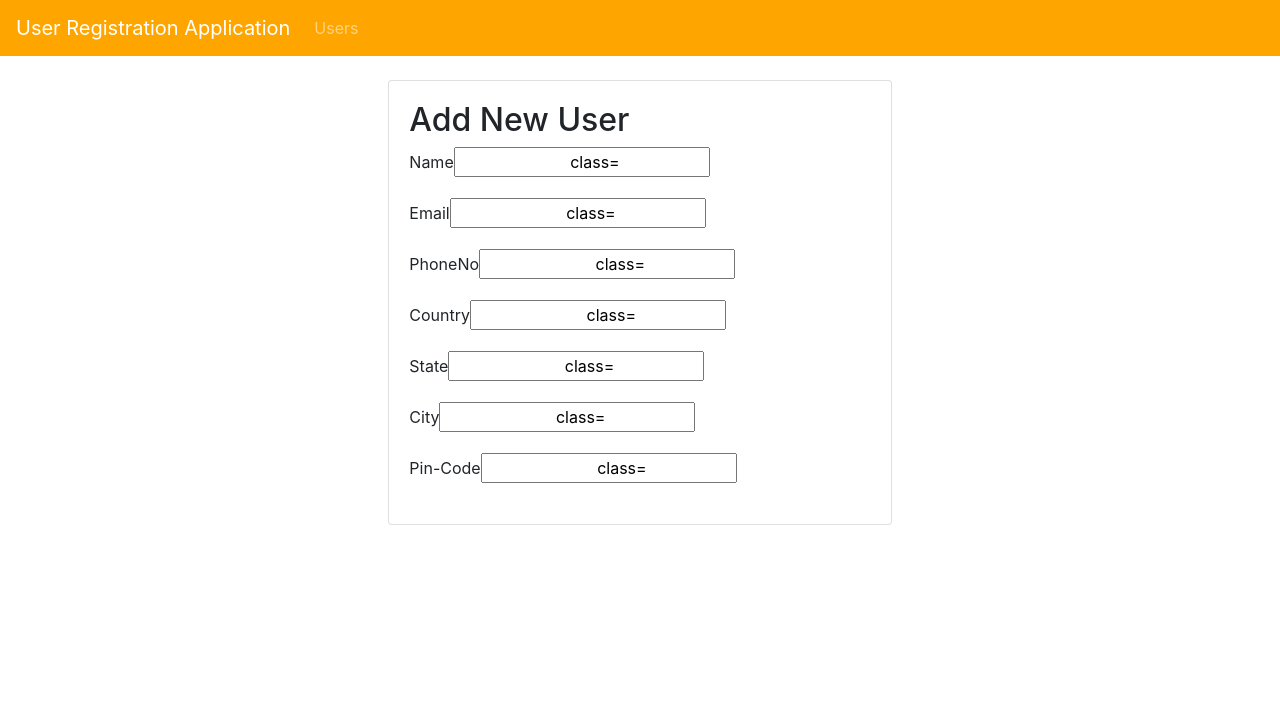
Repository: Malli120391/UserRegistrationSystemCrud
Page: http://localhost/UserRegistrationSystem/userform.jsp
These files come from the project's save history. The page is drawn as it stood at one moment and after the next save; the edit follows.
The browser window is 1280 px wide. The pictures show the whole page.
The page is served by Tomcat 9.

Above is the page before, as saved 2020-12-27 03:15:17.

After the next save:
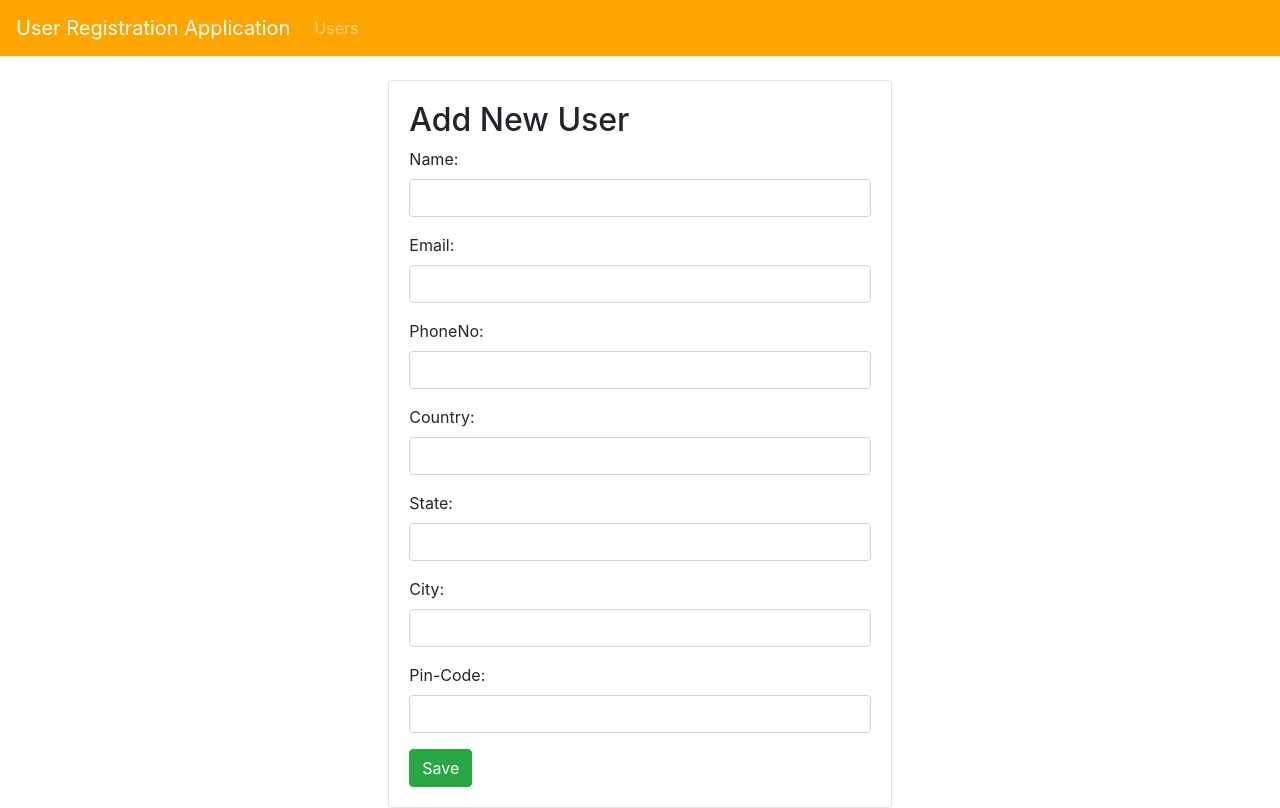
Saved 2 min 38 s later.
--- a/UserRegistrationSystem/WebContent/userform.jsp
+++ b/UserRegistrationSystem/WebContent/userform.jsp
@@ -18,7 +18,7 @@
          <nav class="navbar navbar-expand-md navbar-dark" style="background-color: orange">
 
          <div>
-         <a href="http://www.xadmin.net" class="navbar-brand">User
+         <a href="http://www.google.com" class="navbar-brand">User
          Registration Application</a>
          </div>
 
@@ -50,48 +50,49 @@
                      Add New User
                    </c:if>
                   </h2>
-
                  </caption>
 
                   <c:if test="${user!=null}">
-                    <input type="hidden" name="id" value="<c:out value='${user.id}'/>"/>
+                    <input type="hidden" name="id" value="<c:out value='${user.id}' /> "/>
                   </c:if>
 
                    <fieldset class="form-group">
-                    <label>Name</label><input type="text" value=<c:out value='${user.name}'/>"
-                        class="form-control" name="name" required="required">
+                    <label>Name:</label><input type="text" value="<c:out value='${user.name}' />"
+                    class="form-control" name="name" required="required">
                    </fieldset>
 
                    <fieldset class="form-group">
-                    <label>Email</label><input type="text" value=<c:out value='${user.email}'/>"
+                    <label>Email:</label><input type="text" value="<c:out value='${user.email}'/>"
                         class="form-control" name="email" required="required">
                    </fieldset>
 
                    <fieldset class="form-group">
-                    <label>PhoneNo</label><input type="text" value=<c:out value='${user.phoneNo}'/>"
+                    <label>PhoneNo:</label><input type="text" value="<c:out value='${user.phoneNo}'/>"
                         class="form-control" name="phoneNo" required="required">
                    </fieldset>
 
                    <fieldset class="form-group">
-                    <label>Country</label><input type="text" value=<c:out value='${user.country}'/>"
+                    <label>Country:</label><input type="text" value="<c:out value='${user.country}'/>"
                         class="form-control" name="Country" required="required">
                    </fieldset>
 
                    <fieldset class="form-group">
-                    <label>State</label><input type="text" value=<c:out value='${user.state}'/>"
+                    <label>State:</label><input type="text" value="<c:out value='${user.state}'/>"
                         class="form-control" name="state" required="required">
                    </fieldset>
 
                    <fieldset class="form-group">
-                    <label>City</label><input type="text" value=<c:out value='${user.city}'/>"
+                    <label>City:</label><input type="text" value="<c:out value='${user.city}'/>"
                         class="form-control" name="city" required="required">
                    </fieldset>
 
                    <fieldset class="form-group">
-                    <label>Pin-Code</label><input type="text" value=<c:out value='${user.pincode}'/>"
+                    <label>Pin-Code:</label><input type="text" value="<c:out value='${user.pincode}'/>"
                         class="form-control" name="pincode" required="required">
                    </fieldset>
 
+                   <button type="submit" class="btn btn-success">Save</button>
+             </form>
             </div>
            </div>
         </div>
